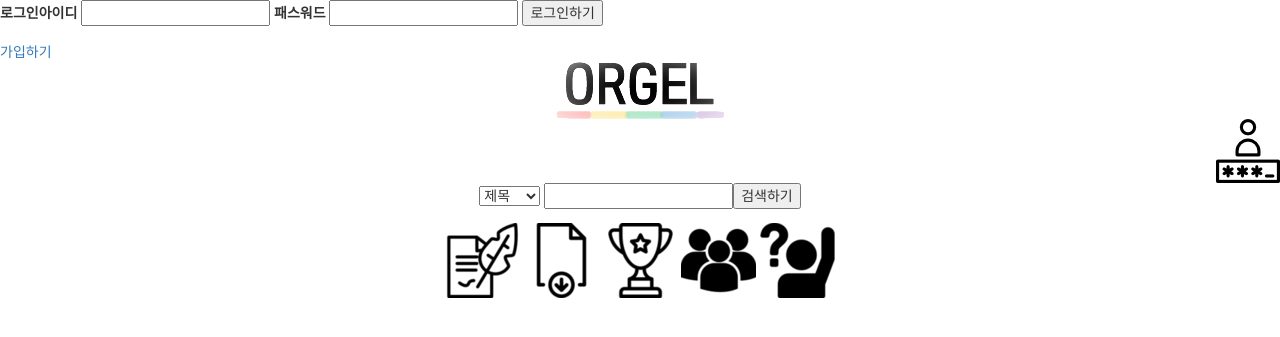
Repository: 2018YoungJinCollege-Com-3WDJ-3Group/WebCode
Page: http://localhost/login
The author's editor kept a record of every edit. The page is drawn from the files as they stood at one moment, then again after the next edit.
The browser window is 1280 px wide. The pictures show the whole page.
The page is served by the project's Laravel application, run on PHP 8.4 with Laravel 8.

Above is the page before.
Console error (its wording comes from the project's code and is left out).

After the next edit:
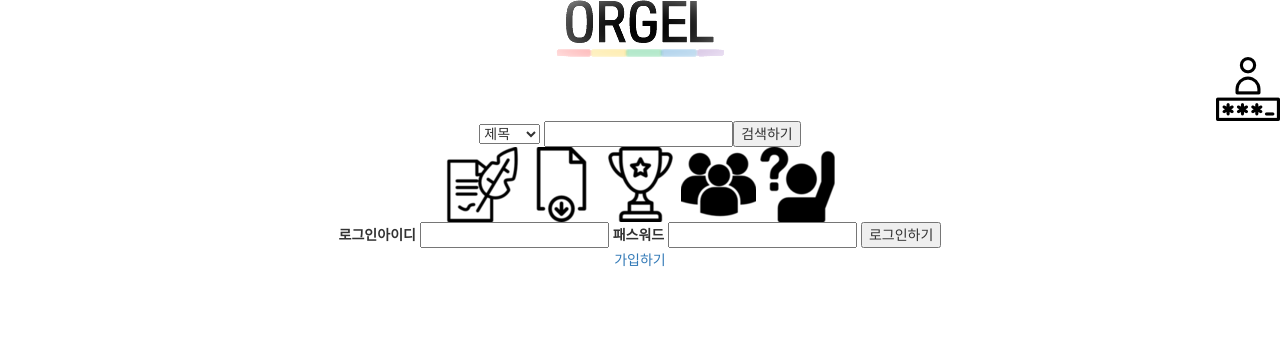
The edit:
--- a/20180326/project/resources/views/user/login.blade.php
+++ b/20180326/project/resources/views/user/login.blade.php
@@ -19,5 +19,4 @@
         </div>
     @endif
     <a href="{{route('getRegister')}}">가입하기</a>
-    </body>
-</html>
+@stop
